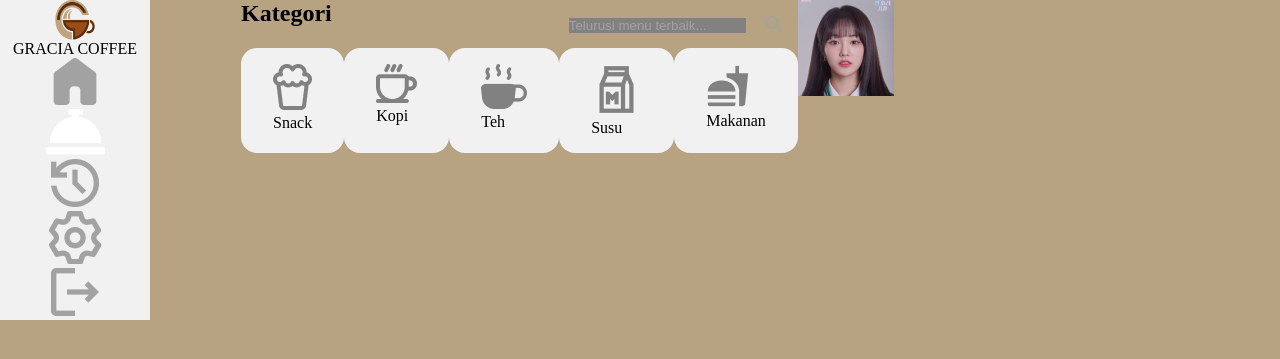
Repository: DanielChuaaa/sbd2
Page: index.html
The author's editor kept a copy of each file at every save. The page is drawn from the files as they stood at one save, then again after the next save.
The browser window is 1280 px wide. The pictures show the whole page.
Some web libraries are served in a nearby version.

Above is the page before, as saved 2023-10-20 10:47:53.

### index.html
<!DOCTYPE html>
<html lang="en">
<head>
    <meta charset="UTF-8">
    <meta name="viewport" content="width=device-width, initial-scale=1.0">
    <title>Document</title>
    <link href="https://fonts.googleapis.com/css2?family=Roboto+Mono:wght@400;600;700&display=swap" rel="stylesheet" />
    <link
      rel="stylesheet"
      href="https://cdnjs.cloudflare.com/ajax/libs/font-awesome/6.1.2/css/all.min.css"
      integrity="sha512-1sCRPdkRXhBV2PBLUdRb4tMg1w2YPf37qatUFeS7zlBy7jJI8Lf4VHwWfZZfpXtYSLy85pkm9GaYVYMfw5BC1A=="
      crossorigin="anonymous"
      referrerpolicy="no-referrer"
    />
    <link rel="stylesheet" href="style.css">
</head>
<body>
    <div class="container">
        <div class="grid-wrapper">
            <div class="icon">
                <img src="/assets/logo projek SBD 1.png" width="40px" height="40px" alt="logo">
                <p>GRACIA COFFEE</p>
                <a href="#"><img src="./assets/home.png" alt="home"></a>
                <a href="#"><img src="./assets/menu.png" alt="menu"></a>
                <a href="#"><img src="./assets/history.png" alt="history"></a>
                <a href="#"><img src="./assets/setting.png" alt="setting"></a>

                <a href="#"><img src="./assets/logout.png" alt="logout"></a>
            </div>

            <div class="content">
                <div class="nav">
                    <h2>Kategori</h2>
                    <div class="inputWrapper">
                        <input type="text" name="text" id="text" class="input" placeholder="Telurusi menu terbaik...">
                        <i class="fa-solid fa-magnifying-glass"></i>
                    </div>
                </div>

                <div class="menu">
                    <div class="iconMenu"><a href="#"><img src="./assets/popcorn.png" alt="popcorn"></a>
                        <p>Snack</p>
                    </div>
                    <div class="iconMenu"><a href="#"><img src="./assets/kopi.png" alt="kopi"></a>
                        <p>Kopi</p>
                    </div>
                    <div class="iconMenu"><a href="#"><img src="./assets/teh.png" alt="teh"></a>
                        <p>Teh</p>
                    </div>
                    <div class="iconMenu"><a href="#"><img src="./assets/susu.png" alt="susu"></a>
                        <p>Susu</p>
                    </div>
                    <div class="iconMenu"><a href="#"><img src="./assets/makanan.png" alt="makanan"></a>
                        <p>Makanan</p>
                    </div>
                </div>
            </div>

            <div class="order">
                <img src="/assets/g_8___8_idola_cantik_berbakat_alumni_sm_entertainment_yang_sudah_debut_di_girlgroup_agensi_lain_p_eks_sm_trainee-20220408-001-non_fotografer_kly 1.png" alt="">
            </div>
        </div>
    </div>
</body>
</html>

### style.css
:root{
    --clr-primary-100: #B7A281;

    --clr-neutral-100: #818181;
    --clr-neutral-200: #A2A2A2;
    --clr-neutral-300: #D9D9D9;
    --clr-neutral-400: #F8F8F8;
    --clr-neutral-500:  #f1f1f1;

    --ff: "Roboto Mono", monospace;

    --fw-regular: 400;
    --fw-semi-bold: 600;
    --fw-bold: 700;
}

*{
    box-sizing: border-box;
    margin: 0;
    padding: 0;
}

body{
    background-color: #B7A281;
}

.grid-wrapper{
    display: grid;
    grid-template-columns: 0.5fr auto 1fr;
}

.icon{
    background: var(--clr-neutral-500);

    display: flex;
    flex-direction: column;

    align-items: center;
    max-width: 150px;
}

.fa-solid{
    color: var(--clr-neutral-200);
    padding: 1rem;
}


/* content */

.nav{
    display: flex;
    justify-content: space-between;
}

.input{
    background: var(--clr-neutral-100);

    border: none;

}

::placeholder{
    color: var(--clr-neutral-200);
}

.menu{
    display: flex;

}

.iconMenu{
    background: var(--clr-neutral-500);

    padding: 1rem 2rem;
    border-radius: 1rem;
}

After the next save:
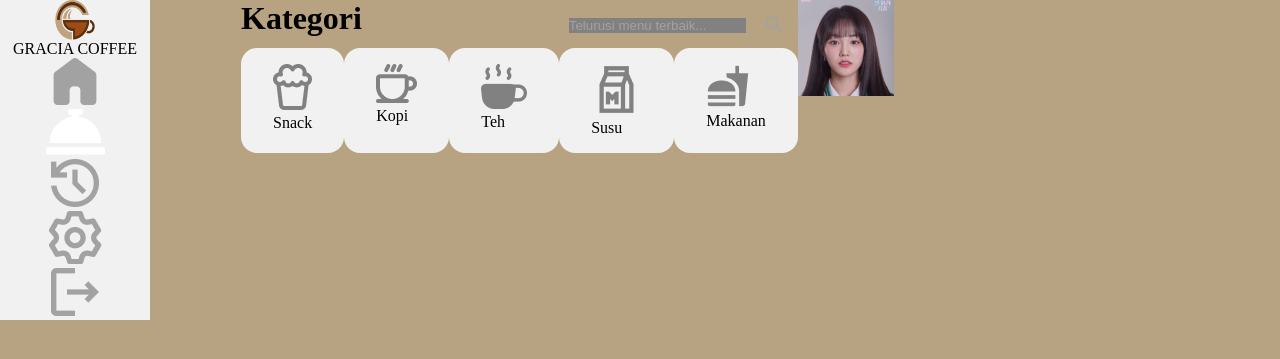
Saved 19 s later.
--- a/index.html
+++ b/index.html
@@ -30,7 +30,7 @@
 
             <div class="content">
                 <div class="nav">
-                    <h2>Kategori</h2>
+                    <h1>Kategori</h1>
                     <div class="inputWrapper">
                         <input type="text" name="text" id="text" class="input" placeholder="Telurusi menu terbaik...">
                         <i class="fa-solid fa-magnifying-glass"></i>
